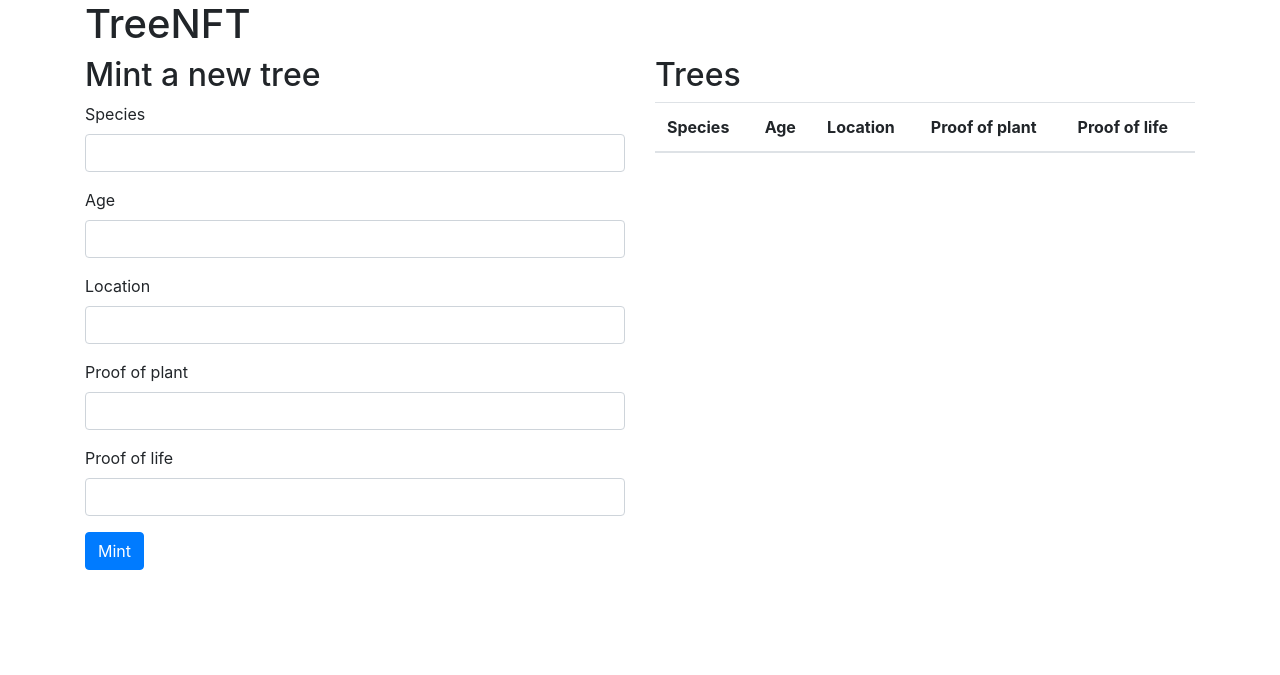
Repository: Jeremicarose/Celo-Code-Jam-3.0
Page: celo-boilerplate-web-dapp/public/index.html
These files come from the project's save history. The page is drawn as it stood at one moment and after the next save; the edit follows.
The browser window is 1280 px wide. The pictures show the whole page.

Above is the page before, as saved 2023-06-30 18:27:06.
Console error: SyntaxError: Cannot use import statement outside a module

### celo-boilerplate-web-dapp/public/index.html
<!DOCTYPE html>
<html lang="en">
<head>
  <meta charset="UTF-8">
  <meta name="viewport" content="width=device-width, initial-scale=1.0">
  <title>TreeNFT</title>
  <link rel="stylesheet" href="https://stackpath.bootstrapcdn.com/bootstrap/4.5.2/css/bootstrap.min.css" integrity="sha384-JcKb8q3iqJ61gNV9KGb8thSsNjpSL0n8PARn9HuZOnIxN0hoP+VmmDGMN5t9UJ0Z" crossorigin="anonymous">
  <script src="https://code.jquery.com/jquery-3.6.0.min.js"></script>

</head>
<body>
  <div class="container">
    <h1>TreeNFT</h1>
    <div class="row">
      <div class="col-md-6">
        <h2>Mint a new tree</h2>
        <form action="/mint" method="post" id="mintForm">
          <div class="form-group">
            <label for="species">Species</label>
            <input type="text" class="form-control" id="species" name="species" required>
          </div>
          <div class="form-group">
            <label for="age">Age</label>
            <input type="number" class="form-control" id="age" name="age" required>
          </div>
          <div class="form-group">
            <label for="location">Location</label>
            <input type="text" class="form-control" id="location" name="location" required>
          </div>
          <div class="form-group">
            <label for="proofOfPlant">Proof of plant</label>
            <input type="text" class="form-control" id="proofOfPlant" name="proofOfPlant" required>
          </div>
          <div class="form-group">
            <label for="proofOfLife">Proof of life</label>
            <input type="text" class="form-control" id="proofOfLife" name="proofOfLife" required>
          </div>
          <button type="submit" class="btn btn-primary">Mint</button>
        </form>
      </div>
      <div class="col-md-6">
        <h2>Trees</h2>
        <table class="table">
          <thead>
            <tr>
              <th>Species</th>
              <th>Age</th>
              <th>Location</th>
              <th>Proof of plant</th>
              <th>Proof of life</th>
            </tr>
          </thead>
          <tbody id="treeInfoTableBody">
            <!-- Tree information will be dynamically added here -->
          </tbody>
        </table>
      </div>
    </div>
  </div>


  <script>

  </script>
   <script src="../src/main.js"></script>

</body>
</html>

### celo-boilerplate-web-dapp/src/main.js
import Web3 from 'web3'
import { newKitFromWeb3 } from '@celo/contractkit'
import BigNumber from "bignumber.js"

const ERC20_DECIMALS = 18

let kit
const connectCeloWallet = async function () {
  if (window.celo) {
    notification("⚠️ Please approve this DApp to use it.")
    try {
      await window.celo.enable()
      notificationOff()

      const web3 = new Web3(window.celo)
      kit = newKitFromWeb3(web3)

      const accounts = await kit.web3.eth.getAccounts()
      kit.defaultAccount = accounts[0]

    } catch (error) {
      notification(`⚠️ ${error}.`)
    }
  } else {
    notification("⚠️ Please install the CeloExtensionWallet.")
  }
}
const getBalance = async function () {
  const totalBalance = await kit.getTotalBalance(kit.defaultAccount)
  const cUSDBalance = totalBalance.cUSD.shiftedBy(-ERC20_DECIMALS).toFixed(2)
  document.querySelector("#balance").textContent = cUSDBalance
}
window.addEventListener('load', async () => {
 // notification("⌛ Loading...")
  await connectCeloWallet()
  await getBalance()
  notificationOff()
});

After the next save:
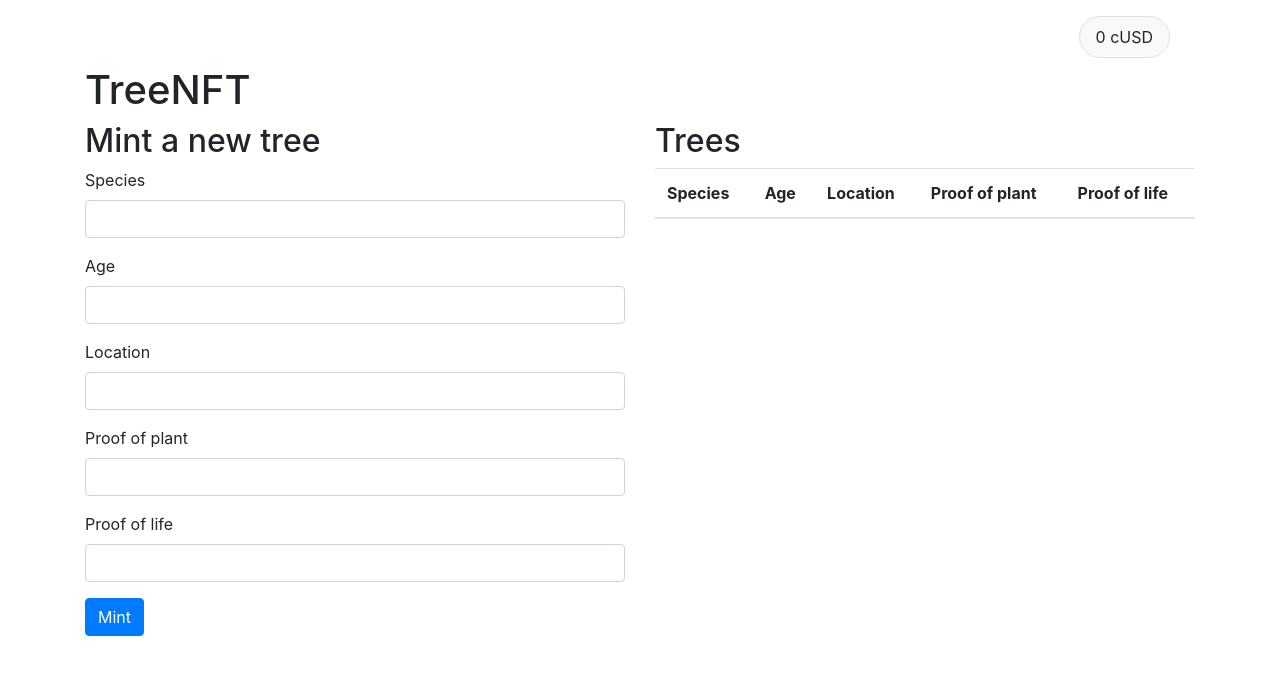
Saved 1 s later.
--- a/celo-boilerplate-web-dapp/public/index.html
+++ b/celo-boilerplate-web-dapp/public/index.html
@@ -9,6 +9,18 @@
 
 </head>
 <body>
+  <div class="container mt-2" style="max-width: 72em">
+
+    <nav class="navbar bg-white navbar-light">
+      <div class="container-fluid">
+        <span class="navbar-brand m-0 h4 fw-bold"></span>
+        <span class="nav-link border rounded-pill bg-light">
+          <span id="balance">0</span>
+          cUSD
+        </span>
+      </div>
+    </nav>
+    </div>
   <div class="container">
     <h1>TreeNFT</h1>
     <div class="row">
